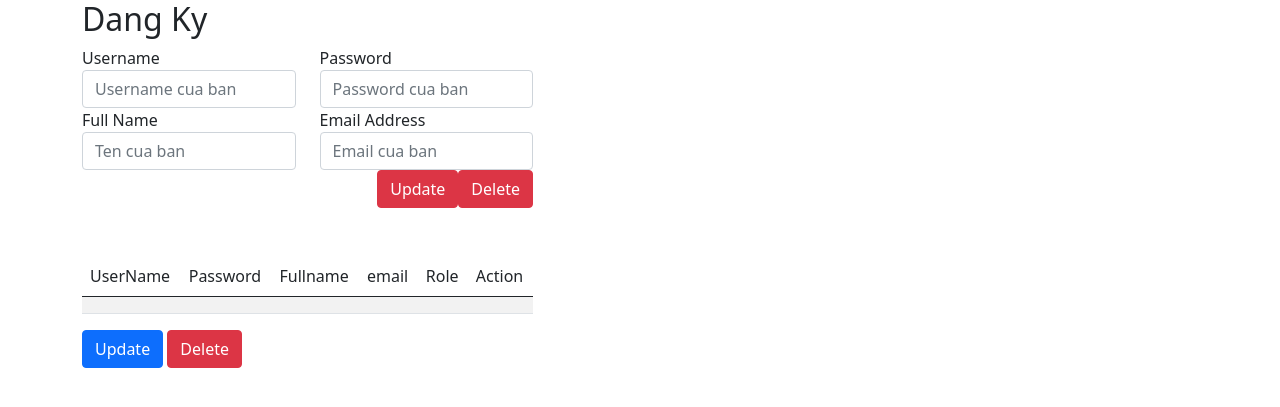
Repository: kiennd3921/AssJava4
Page: http://localhost/Assignment/view/admin/QLyAdmin.jsp
These files come from the project's save history. The page is drawn as it stood at one moment and after the next save; the edit follows.
The browser window is 1280 px wide. The pictures show the whole page.
The page is served by Tomcat 9. Other server files are loaded and not shown.

Above is the page before, as saved 2021-04-16 01:14:03.

### PT15307-UD/Assignment/WebContent/view/admin/QLyAdmin.jsp
<%@ page language="java" contentType="text/html; charset=ISO-8859-1"
	pageEncoding="UTF-8"%>
<!DOCTYPE html>
<html>
<head>
<meta charset="UTF-8">
<meta name="viewport" content="width = device-width, initial-scale=1.0">
<title>Insert title here</title>
<%@ taglib uri="http://java.sun.com/jstl/core_rt" prefix="c"%>
<link rel="stylesheet" type="text/css">
<link
	href="https://cdn.jsdelivr.net/npm/bootstrap@5.0.0-beta2/dist/css/bootstrap.min.css"
	rel="stylesheet"
	integrity="sha384-BmbxuPwQa2lc/FVzBcNJ7UAyJxM6wuqIj61tLrc4wSX0szH/Ev+nYRRuWlolflfl"
	crossorigin="anonymous">

</head>
<body>
	<div class="container">
		<div class="row">
			<div class="col-md-5">
				<form>
					<h2>Dang Ky</h2>
					<div class="row">
						<div class="col">
							<label>Username</label> <input type="text" class="form-control"
								placeholder="Username cua ban" required name="">
						</div>
						<div class="col">
							<label>Password</label> <input type="password"
								class="form-control" placeholder="Password cua ban" required
								name="">
						</div>
					</div>
					<div class="row">
						<div class="col">
							<label>Full Name</label> <input type="text" class="form-control"
								placeholder="Ten cua ban" required name="">
						</div>
						<div class="col">
							<label>Email Address</label> <input type="email"
								class="form-control" placeholder="Email cua ban" required
								name="">
						</div>
					</div>
					<div class="nav justify-content-end">
						<button class="btn btn-danger" type="submit">Update</button>
						<button class="btn btn-danger" type="submit">Delete</button>
					</div>
				</form>


				<div class="mt-5 table-responsive">
					<table class="table table-striped">
						<thead>
							<tr>
								<td>UserName</td>
								<td>Password</td>
								<td>Fullname</td>
								<td>email</td>
								<td>Role</td>
								<td colspan="1">Action</td>
							</tr>
						</thead>
						<tbody>
							<tr>
								<td>${ user.id }</td>
								<td>${ user.password }</td>
								<td>${ user.email }</td>
								<td>${ user.fullname }</td>
								<td>${ user.admin }</td>
								<td>${ user.post.size() }</td>

							</tr>
						</tbody>

					</table>
					<a href="/PT15307-UD/admin/user/edit?id=${ user.id }"
						class="btn btn-primary">Update</a>
					<button class="btn btn-danger">Delete</button>
				</div>
			</div>
		</div>
	</div>
</body>
</html>

After the next save:
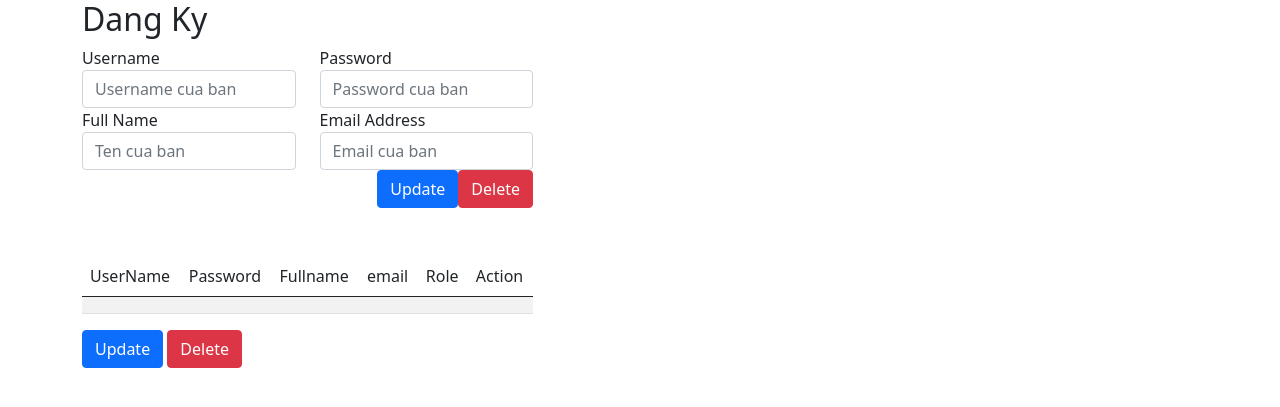
Saved 19 s later.
--- a/PT15307-UD/Assignment/WebContent/view/admin/QLyAdmin.jsp
+++ b/PT15307-UD/Assignment/WebContent/view/admin/QLyAdmin.jsp
@@ -44,7 +44,7 @@
 						</div>
 					</div>
 					<div class="nav justify-content-end">
-						<button class="btn btn-danger" type="submit">Update</button>
+						<button class="btn btn-primary" type="submit">Update</button>
 						<button class="btn btn-danger" type="submit">Delete</button>
 					</div>
 				</form>
